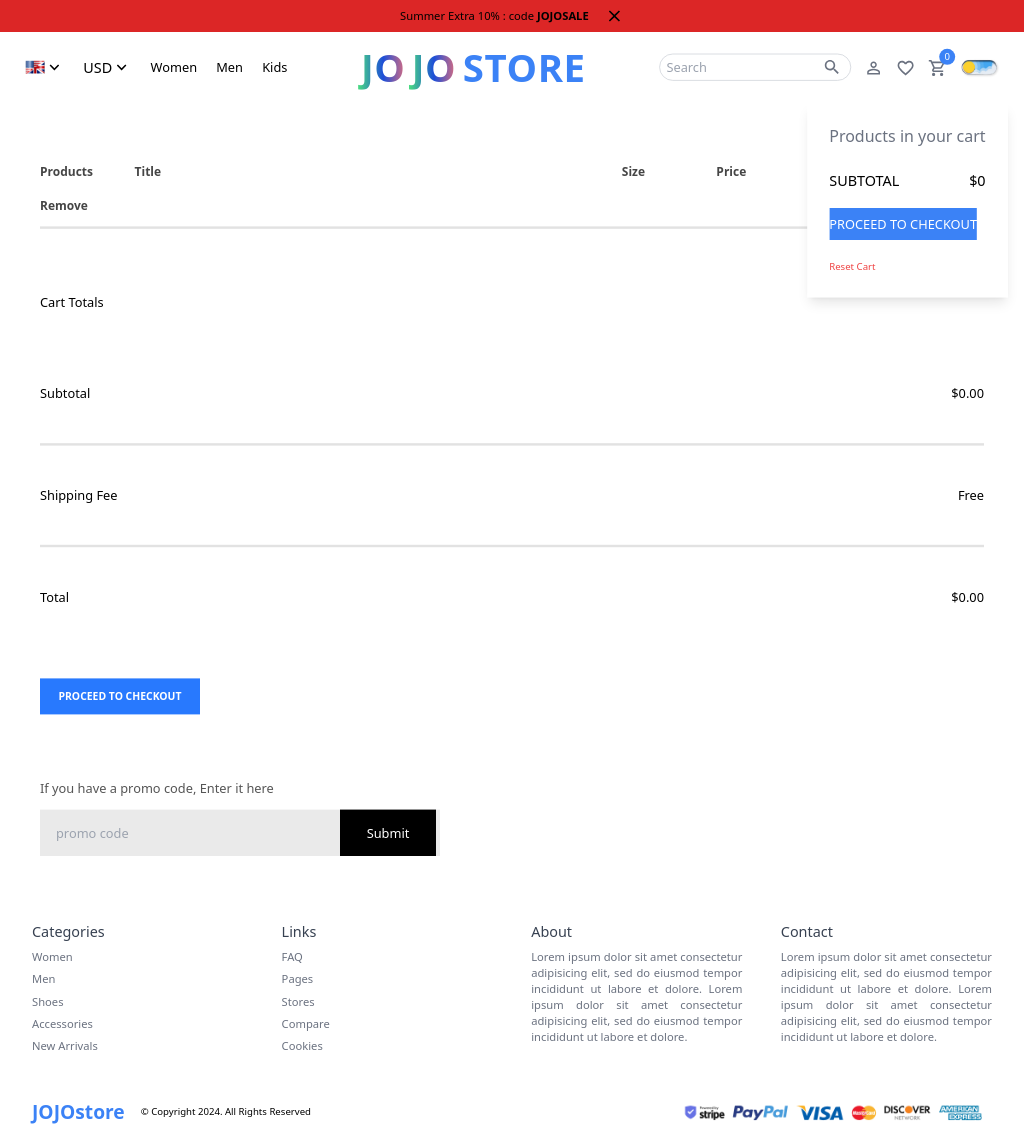
Repository: AiTrinh303/JOJO-STORE
Page: /cartpage, after clicking the first element matching `div.icons > :nth-child(4)`
An editor plug-in stored every save of this project. The page is shown before and after the next save, followed by the edit.
The browser window is 1280 px wide. The pictures show the whole page, at 80% of full size.
The project was rebuilt for these pictures with package versions that can differ from the ones it lists, and the page was loaded fresh each time. Also part of the build but not shown: vite.config.js, src/components/Slider/Slide1.jsx, src/components/Slider/Slide2.jsx, src/components/Slider/Slide3.jsx, src/components/Slider/Slider.scss, src/components/Slider/Slider.jsx, src/components/Card.jsx, src/assets/featured_data.js and 17 more.

Above is the page before, as saved 2024-06-12 11:53:11.

After the next save:
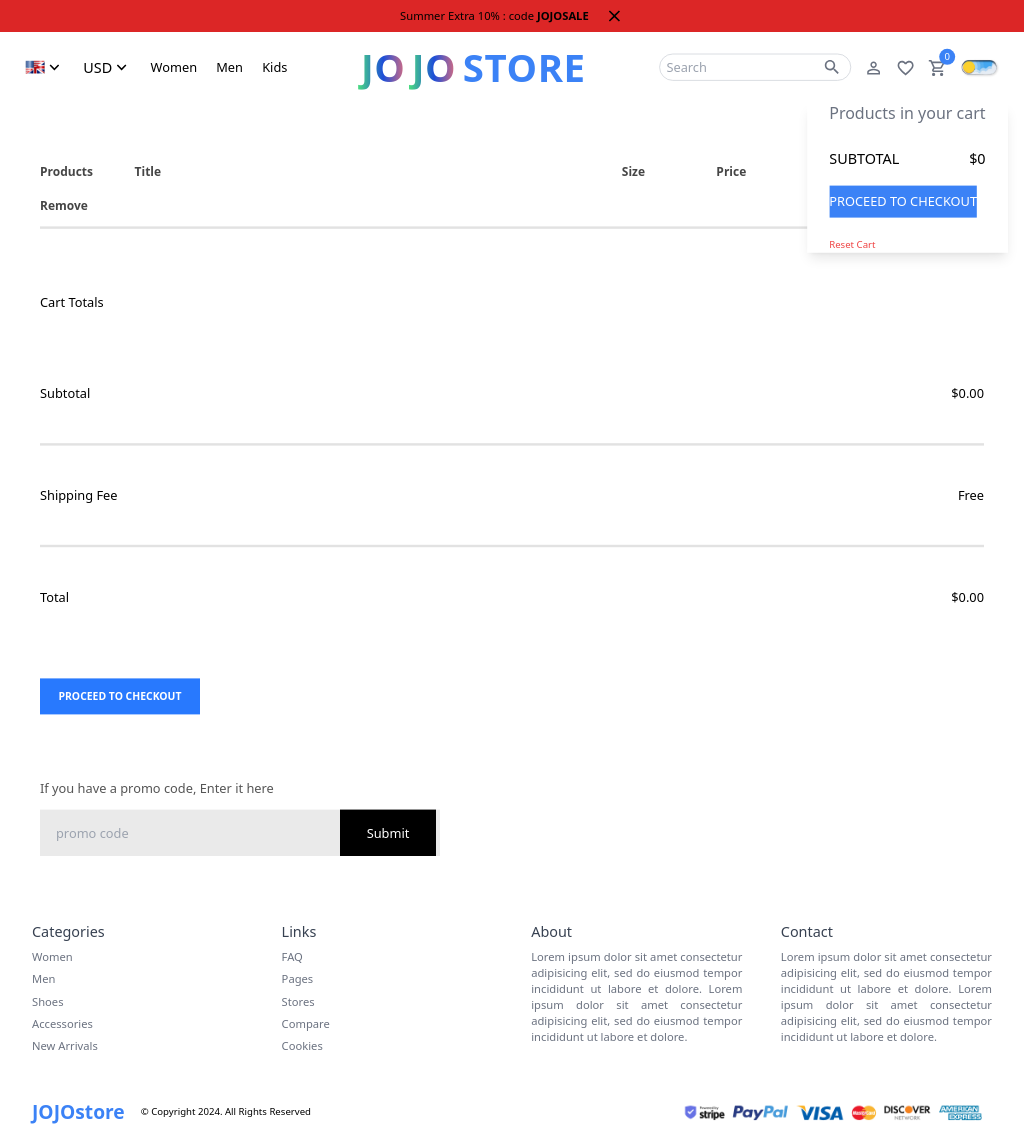
Saved 16 s later.
--- a/src/components/Cart.jsx
+++ b/src/components/Cart.jsx
@@ -13,7 +13,7 @@ const Cart = () => {
   };
 
   return (
-    <div className="absolute top-20 right-5 z-50 bg-white p-7 shadow-lg">
+    <div className="absolute top-20 right-5 z-50 bg-white px-7 shadow-lg">
       <h1 className="mb-7 text-gray-500 font-normal text-xl">Products in your cart</h1>
       {all_product.map((item) => {
         if (cartItems[item.id] > 0) {
